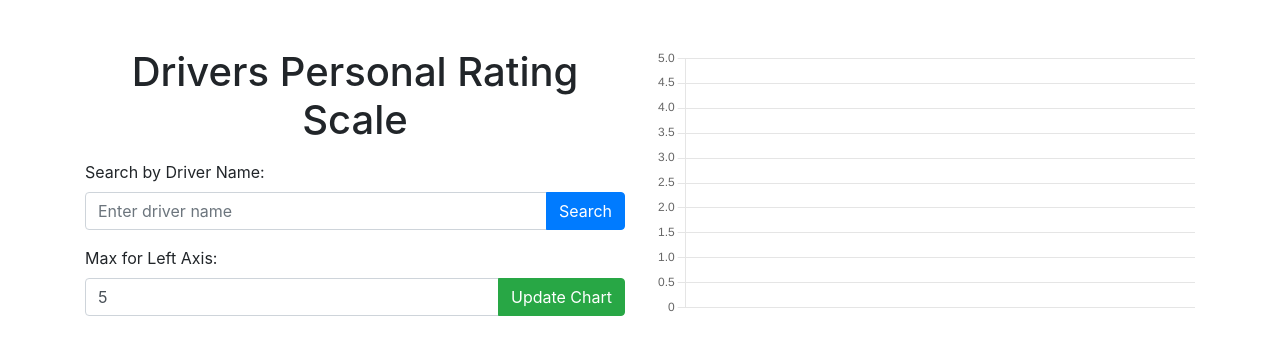
Repository: adrcstro/TrackingManagement
Page: http://localhost/tcpdf/Loginsystem/fetchdata.php
The author's editor kept a copy of each file at every save. The page is drawn from the files as they stood at one save, then again after the next save.
The browser window is 1280 px wide. The pictures show the whole page.
Some icons come from a web library that is not loaded, so they are not drawn. Some web libraries are served in a nearby version. The page is run by PHP 8.4 with error messages shown; the project is at /var/www/html/. Queries for data that is not in the repository find no rows.

Above is the page before, as saved 2023-11-24 21:34:16.

After the next save:
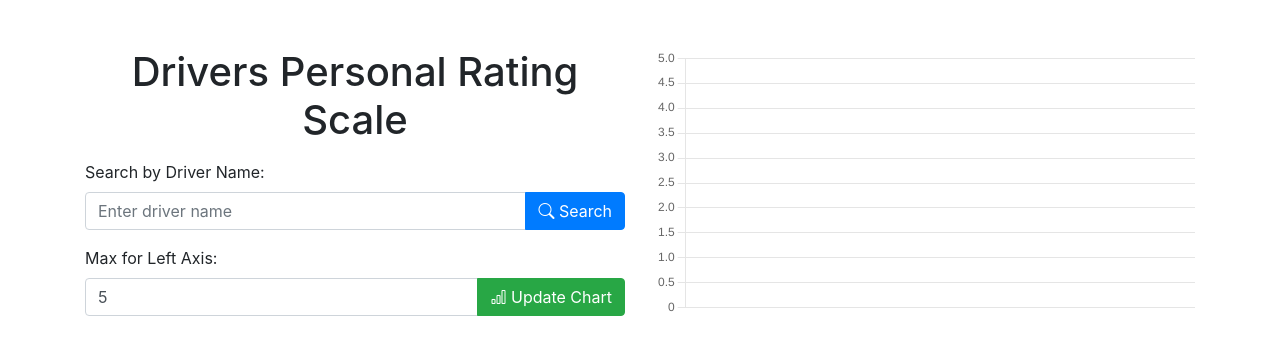
Saved 26 s later.
--- a/Loginsystem/fetchdata.php
+++ b/Loginsystem/fetchdata.php
@@ -6,6 +6,7 @@
     <link href="https://maxcdn.bootstrapcdn.com/bootstrap/4.5.2/css/bootstrap.min.css" rel="stylesheet">
     <link href="https://cdnjs.cloudflare.com/ajax/libs/font-awesome/5.15.1/css/all.min.css" rel="stylesheet"> <!-- Font Awesome -->
     <script src="https://cdn.jsdelivr.net/npm/chart.js"></script>
+    <link rel="stylesheet" href="https://cdn.jsdelivr.net/npm/bootstrap-icons@1.19.0/font/bootstrap-icons.css">
 
     <style>
         .card {

After the save that followed:
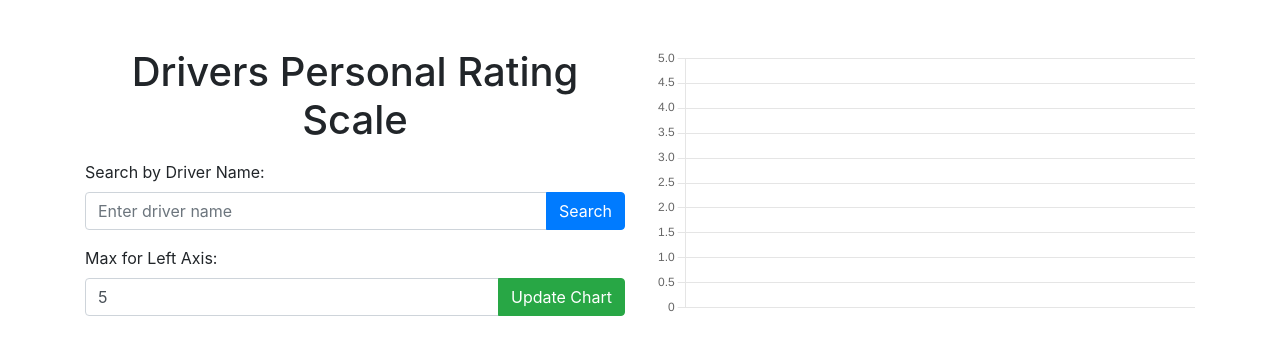
Saved 20 s later.
--- a/Loginsystem/fetchdata.php
+++ b/Loginsystem/fetchdata.php
@@ -6,7 +6,6 @@
     <link href="https://maxcdn.bootstrapcdn.com/bootstrap/4.5.2/css/bootstrap.min.css" rel="stylesheet">
     <link href="https://cdnjs.cloudflare.com/ajax/libs/font-awesome/5.15.1/css/all.min.css" rel="stylesheet"> <!-- Font Awesome -->
     <script src="https://cdn.jsdelivr.net/npm/chart.js"></script>
-    <link rel="stylesheet" href="https://cdn.jsdelivr.net/npm/bootstrap-icons@1.19.0/font/bootstrap-icons.css">
 
     <style>
         .card {
@@ -260,51 +259,47 @@
         $result = mysqli_query($your_db_connection, $query);
 
         // Check if the query was successful
-        while ($row = mysqli_fetch_assoc($result)) {
-            $drivername = $row['Username'];
-            $ViehicleNumber = $row['Age'];
-            $PlateNumber = $row['Password'];
-            $image = $row['PermittoOperate'];
-            $phone = $row['PhoneNumber'];
-            $home = $row['HomeAddress'];
-
-            echo '<div class="col-md-4 mb-5">';
-            echo '<div class="card">';
-            echo '<img src="uploads/' . $image . '" class="card-img-top" alt="Card Image">';
-
-            // Add the copy icon
-            echo '<div class="copy-icon"><i class="bi bi-clipboard" onclick="copyToClipboard(' . "'" . $drivername . "'" . ')"></i></div>';
-
-            echo '<div class="card-body text-center">';
-            // Displaying the driver information
-            // Existing code
-
-            echo '<h6 class="card-title">Drivers Name: <span style="font-weight:normal;">' . $drivername . '</span></h6>';
-            echo '<h6 class="card-title">Vehicle Number: <span style="font-weight:normal;">' . $ViehicleNumber . '</span></h6>';
-            echo '<h6 class="card-title">Plate Number: <span style="font-weight:normal;">' . $PlateNumber . '</span></h6>';
-            echo '<h6 class="card-title">Phone Number: <span style="font-weight:normal;">' . $phone . '</span></h6>';
-            echo '<h6 class="card-title">Home Address: <span style="font-weight:normal;">' . $home . '</span></h6>';
-            echo '</div>';
-            echo '</div>';
-            echo '</div>';
-        }
-        ?>
-
+        if ($result) {
+            // Fetch data row by row
+            while ($row = mysqli_fetch_assoc($result)) {
+                $drivername = $row['Username'];
+                $ViehicleNumber = $row['Age'];
+                $PlateNumber = $row['Password'];
+                $image = $row['PermittoOperate'];
+                $phone = $row['PhoneNumber'];
+                $home = $row['HomeAddress'];
+
+                // Display data in Bootstrap cards
+                echo '<div class="col-md-4 mb-5">';
+                echo '<div class="card">';
+                echo '<img src="uploads/' . $image . '" class="card-img-top" alt="Card Image">';
+                echo '<div class="card-body text-center">';
+
+                // Displaying the driver information
+                // Existing code
+
+echo '<h6 class="card-title">Drivers Name: <span style="font-weight:normal;">' . $drivername . '</span></h6>';
+echo '<h6 class="card-title">Vehicle Number: <span style="font-weight:normal;">' . $ViehicleNumber . '</span></h6>';
+echo '<h6 class="card-title">Plate Number: <span style="font-weight:normal;">' . $PlateNumber . '</span></h6>';
+echo '<h6 class="card-title">Phone Number: <span style="font-weight:normal;">' . $phone . '</span></h6>';
+echo '<h6 class="card-title">Home Address: <span style="font-weight:normal;">' . $home . '</span></h6>';
+                echo '</div>';
+                echo '</div>';
+                echo '</div>';
+            }
+
+            // Free result set
+            mysqli_free_result($result);
+        } else {
+            // Handle the error if the query fails
+            echo "Error: " . mysqli_error($your_db_connection);
+        }
+
+        // Close the database connection
+        mysqli_close($your_db_connection);
+    ?>
     </div>
 </div>
-
-<!-- Add this script for copying to clipboard functionality -->
-<script>
-    function copyToClipboard(text) {
-        var dummy = document.createElement("textarea");
-        document.body.appendChild(dummy);
-        dummy.value = text;
-        dummy.select();
-        document.execCommand("copy");
-        document.body.removeChild(dummy);
-        alert("Copied to clipboard: " + text);
-    }
-</script>
 
 <script src="https://code.jquery.com/jquery-3.5.1.slim.min.js"></script>
 <script src="https://cdn.jsdelivr.net/npm/@popperjs/core@2.5.3/dist/umd/popper.min.js"></script>
